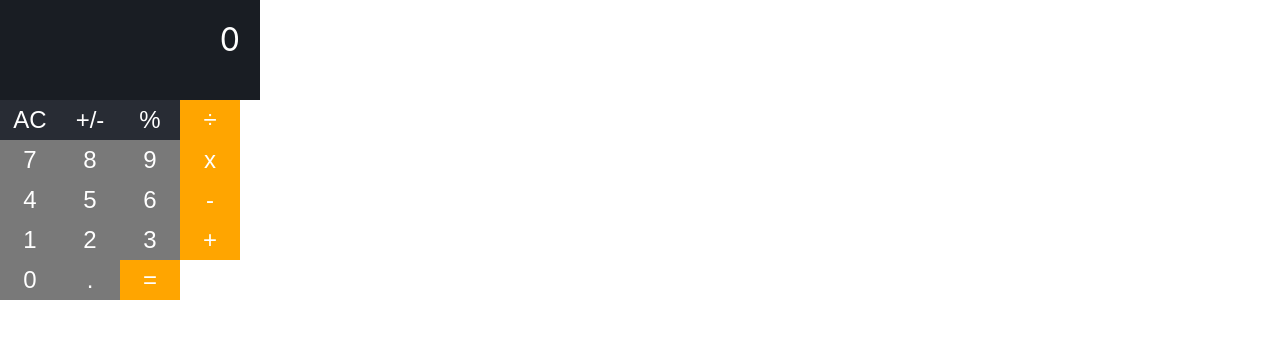
Repository: catsarenotreal/CalculatorWebApp
Page: /
An editor plug-in stored every save of this project. The page is shown before and after the next save, followed by the edit.
The browser window is 1280 px wide. The pictures show the whole page.
The project was rebuilt for these pictures with package versions that can differ from the ones it lists, and the page was loaded fresh each time.

Above is the page before, as saved 2024-08-23 10:27:31.

After the next save:
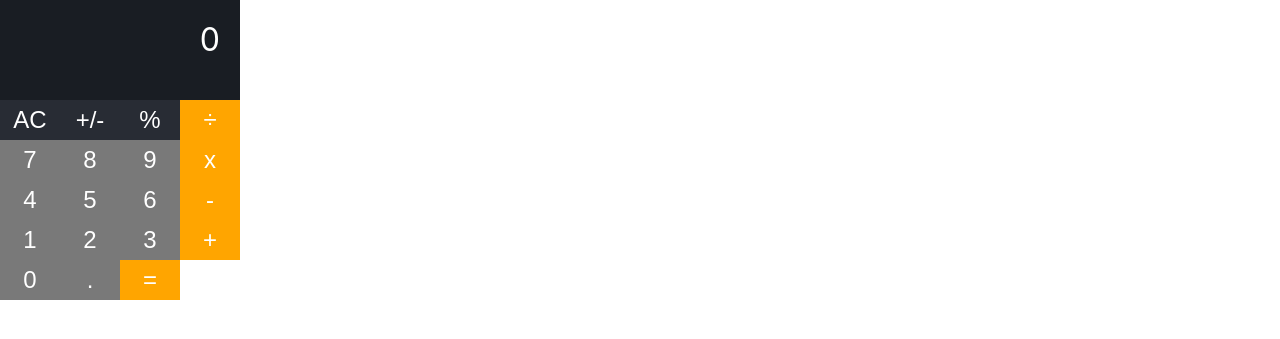
Saved 15 s later.
--- a/src/App.css
+++ b/src/App.css
@@ -53,7 +53,7 @@
 }
 
 .DisplayScreen{
-  width: 220px;
+  width: 200px;
   height: 60px;
   padding:20px;
   /* font-size: 100;
